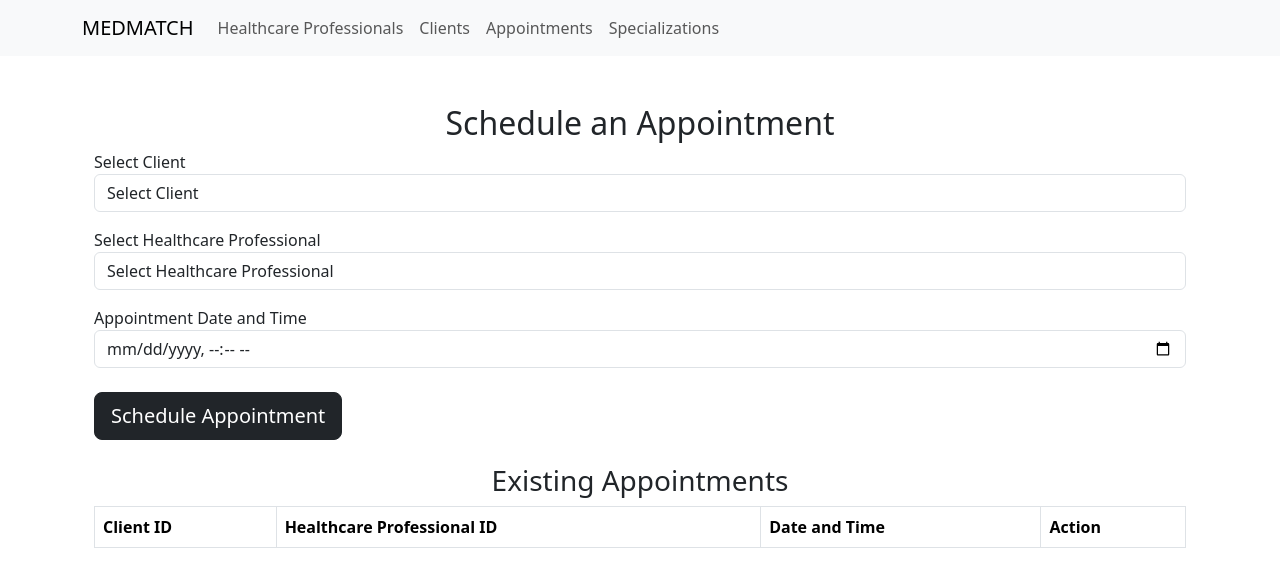
Repository: fahma20/medmatch-platform
Page: /appointments (app in client/)
An editor plug-in stored every save of this project. The page is shown before and after the next save, followed by the edit.
The browser window is 1280 px wide. The pictures show the whole page.
The page's requests for data from a server got no answer. The project was rebuilt for these pictures with package versions that can differ from the ones it lists, and the page was loaded fresh each time. No one was signed in, and anything a server would have sent is missing. Also part of the build but not shown: client/src/components/Healthcareprofessionals.js, client/src/components/Specializations.js, client/src/components/Clients.js, client/src/components/Homepage.js.

Above is the page before, as saved 2025-02-01 15:41:55.

### client/src/index.js
import React from "react";
import ReactDOM from "react-dom";
import App from './components/App';  // Correct path to the App component


ReactDOM.render(
  <React.StrictMode>
    <App />
  </React.StrictMode>,
  document.getElementById("root")
);

### client/src/components/App.js
import React from 'react';
import { BrowserRouter as Router, Routes, Route } from 'react-router-dom';
import 'bootstrap/dist/css/bootstrap.min.css';

import HealthcareProfessionals from './Healthcareprofessionals'; // Ensure the correct name and casing
import Specializations from './Specializations';
import Appointments from './Appointments';
import Clients from './Clients';
import Navbar from './Navbar';
import HomePage from './Homepage'; // Corrected import to HomePage

const App = () => {
  return (
    <Router>
      <Navbar /> {/* Your Navbar component */}
      <div className="container mt-5">
        <Routes>
          {/* Add HomePage as the route for the root path */}
          <Route path="/" element={<HomePage />} /> {/* Home Page */}
          <Route path="/clients" element={<Clients />} />
          <Route path="/appointments" element={<Appointments />} />
          <Route path="/specializations" element={<Specializations />} />
          <Route path="/healthcare-professionals" element={<HealthcareProfessionals />} /> {/* Healthcare Professionals Page */}
        </Routes>
      </div>
    </Router>
  );
};

export default App;

### client/src/components/Appointments.js

/*
import React, { useState, useEffect } from 'react';
import { Formik, Field, Form, ErrorMessage } from 'formik';
import * as Yup from 'yup';

const Appointments = () => {
  const [appointments, setAppointments] = useState([]);

  // Fetch appointments
  useEffect(() => {
    const fetchAppointments = async () => {
      try {
        const response = await fetch('http://127.0.0.1:5000/api/appointments');
        const data = await response.json();
        setAppointments(data);
      } catch (error) {
        console.error('Error fetching appointments:', error);
      }
    };
    fetchAppointments();
  }, []);

  // Validation schema for creating/editing appointment
  const validationSchema = Yup.object({
    clientId: Yup.number().required('Client ID is required'),
    doctorId: Yup.number().required('Doctor ID is required'),
    appointmentDate: Yup.date().required('Appointment date is required'),
  });

  // Handle form submission (create new appointment)
  const handleSubmit = async (values, { resetForm }) => {
    try {
      const response = await fetch('http://127.0.0.1:5000/api/appointments', {
        method: 'POST',
        headers: {
          'Content-Type': 'application/json',
        },
        body: JSON.stringify(values),
      });

      if (!response.ok) {
        console.error('Error adding appointment:', response);
        return;
      }

      const newAppointment = await response.json();
      setAppointments((prevAppointments) => [...prevAppointments, newAppointment]);
      resetForm();
    } catch (error) {
      console.error('Error adding appointment:', error);
    }
  };

  // Handle deleting an appointment
  const handleDelete = async (id) => {
    try {
      const response = await fetch(`http://127.0.0.1:5000/api/appointments/${id}`, {
        method: 'DELETE',
      });

      if (!response.ok) {
        console.error('Error deleting appointment:', response);
        return;
      }

      setAppointments((prevAppointments) =>
        prevAppointments.filter((appointment) => appointment.id !== id)
      );
    } catch (error) {
      console.error('Error deleting appointment:', error);
    }
  };

  return (
    <div>
      <h2>Appointments</h2>

      <Formik
        initialValues={{
          clientId: '',
          doctorId: '',
          appointmentDate: '',
        }}
        validationSchema={validationSchema}
        onSubmit={handleSubmit}
      >
        <Form>
          <div className="form-group">
            <label htmlFor="clientId">Client ID</label>
            <Field
              type="number"
              id="clientId"
              name="clientId"
              className="form-control"
            />
            <ErrorMessage name="clientId" component="div" className="text-danger" />
          </div>

          <div className="form-group">
            <label htmlFor="doctorId">Doctor ID</label>
            <Field
              type="number"
              id="doctorId"
              name="doctorId"
              className="form-control"
            />
            <ErrorMessage name="doctorId" component="div" className="text-danger" />
          </div>

          <div className="form-group">
            <label htmlFor="appointmentDate">Appointment Date</label>
            <Field
              type="date"
              id="appointmentDate"
              name="appointmentDate"
              className="form-control"
            />
            <ErrorMessage name="appointmentDate" component="div" className="text-danger" />
          </div>

          <button type="submit" className="btn btn-primary">Add Appointment</button>
        </Form>
      </Formik>

      <div className="mt-4">
        <h3>Appointments List</h3>
        {appointments.length === 0 ? (
          <p>No appointments available.</p>
        ) : (
          appointments.map((appointment) => (
            <div key={appointment.id} className="card mb-3">
              <div className="card-body">
                <h5 className="card-title">Appointment ID: {appointment.id}</h5>
                <p className="card-text">
                  <strong>Client ID:</strong> {appointment.clientId}
                </p>
                <p className="card-text">
                  <strong>Doctor ID:</strong> {appointment.doctorId}
                </p>
                <p className="card-text">
                  <strong>Date:</strong> {new Date(appointment.appointmentDate).toLocaleDateString()}
                </p>
                <button
                  className="btn btn-danger"
                  onClick={() => handleDelete(appointment.id)}
                >
                  Delete
                </button>
              </div>
            </div>
          ))
        )}
      </div>
    </div>
  );
};

export default Appointments;
*/

import React, { useState, useEffect } from 'react';

const Appointments = () => {
  const [clients, setClients] = useState([]);
  const [professionals, setProfessionals] = useState([]);
  const [appointments, setAppointments] = useState([]);
  const [appointmentDateTime, setAppointmentDateTime] = useState('');
  const [clientId, setClientId] = useState('');
  const [professionalId, setProfessionalId] = useState('');
  const [message, setMessage] = useState('');

  // Fetch clients, healthcare professionals, and appointments
  useEffect(() => {
    const fetchClients = async () => {
      const response = await fetch('http://127.0.0.1:5000/api/clients');
      const data = await response.json();
      setClients(data);
    };

    const fetchProfessionals = async () => {
      const response = await fetch('http://127.0.0.1:5000/api/healthcare_professionals');
      const data = await response.json();
      setProfessionals(data);
    };

    const fetchAppointments = async () => {
      const response = await fetch('http://127.0.0.1:5000/api/appointments');
      const data = await response.json();
      setAppointments(data);
    };

    fetchClients();
    fetchProfessionals();
    fetchAppointments();
  }, []);

  // Handle form submission for creating appointment
  const handleSubmit = async (e) => {
    e.preventDefault();

    const newAppointment = {
      client_id: clientId,
      healthcare_professional_id: professionalId,
      date: appointmentDateTime,
    };

    try {
      const response = await fetch('http://127.0.0.1:5000/api/appointments', {
        method: 'POST',
        headers: {
          'Content-Type': 'application/json',
        },
        body: JSON.stringify(newAppointment),
      });

      if (response.ok) {
        const result = await response.json();
        // Add the newly created appointment to the appointments list without refreshing
        setAppointments((prevAppointments) => [...prevAppointments, result]);
        setMessage('Appointment scheduled successfully!');
        resetForm();
      } else {
        setMessage('There was an issue scheduling the appointment.');
      }
    } catch (error) {
      setMessage('Error connecting to the server.');
    }
  };

  const handleDelete = async (id) => {
    try {
      const response = await fetch(`http://127.0.0.1:5000/api/appointments/${id}`, {
        method: 'DELETE',
      });

      if (response.ok) {
        // Remove the deleted appointment from the appointments list without refreshing
        setAppointments((prevAppointments) => prevAppointments.filter((appointment) => appointment.id !== id));
        setMessage(`Appointment with ID ${id} deleted successfully.`);
      } else {
        setMessage('There was an issue deleting the appointment.');
      }
    } catch (error) {
      setMessage('Error connecting to the server.');
    }
  };

  const resetForm = () => {
    setClientId('');
    setProfessionalId('');
    setAppointmentDateTime('');
  };

  return (
    <div className="container mt-4">
      <h2 className="text-center">Schedule an Appointment</h2>
      <form onSubmit={handleSubmit}>
        <div className="form-group">
          <label>Select Client</label>
          <select
            className="form-control"
            value={clientId}
            onChange={(e) => setClientId(e.target.value)}
          >
            <option value="">Select Client</option>
            {clients.map((client) => (
              <option key={client.id} value={client.id}>
                {client.name}
              </option>
            ))}
          </select>
        </div>
        <div className="form-group mt-3">
          <label>Select Healthcare Professional</label>
          <select
            className="form-control"
            value={professionalId}
            onChange={(e) => setProfessionalId(e.target.value)}
          >
            <option value="">Select Healthcare Professional</option>
            {professionals.map((professional) => (
              <option key={professional.id} value={professional.id}>
                {professional.name}
              </option>
            ))}
          </select>
        </div>
        <div className="form-group mt-3">
          <label>Appointment Date and Time</label>
          <input
            type="datetime-local"
            className="form-control"
            value={appointmentDateTime}
            onChange={(e) => setAppointmentDateTime(e.target.value)}
            required
          />
        </div>
        <button type="submit" className="btn btn-dark btn-lg mt-4">
          Schedule Appointment
        </button>
      </form>

      {message && <div className="mt-4 alert alert-info">{message}</div>}

      <div className="mt-4">
        <h3 className="text-center">Existing Appointments</h3>
        <table className="table table-bordered">
          <thead>
            <tr>
              <th>Client ID</th>
              <th>Healthcare Professional ID</th>
              <th>Date and Time</th>
              <th>Action</th>
            </tr>
          </thead>
          <tbody>
            {appointments.map((appointment) => (
              <tr key={appointment.id}>
                <td>{appointment.client_id}</td>
                <td>{appointment.healthcare_professional_id}</td>
                <td>{appointment.date}</td>
                <td>
                  <button
                    className="btn btn-danger"
                    onClick={() => handleDelete(appointment.id)}
                  >
                    Delete
                  </button>
                </td>
              </tr>
            ))}
          </tbody>
        </table>
      </div>
    </div>
  );
};

export default Appointments;

### client/src/components/Navbar.js
/*import React from 'react';
import { Link } from 'react-router-dom';

const Navbar = () => {
  return (
    <nav className="navbar navbar-expand-lg navbar-light bg-light">
      <a className="navbar-brand" href="/">MedMatch</a>
      <div className="collapse navbar-collapse">
        <ul className="navbar-nav ml-auto">
          <li className="nav-item">
            <Link className="nav-link" to="/">Healthcare Professionals</Link>
          </li>
          <li className="nav-item">
            <Link className="nav-link" to="/clients">Clients</Link>
          </li>
          <li className="nav-item">
            <Link className="nav-link" to="/appointments">Appointments</Link>
          </li>
        </ul>
      </div>
    </nav>
  );
};

export default Navbar;
*/

// Navbar.js
import React from 'react';
import { Link } from 'react-router-dom';

const Navbar = () => {
  return (
    <nav className="navbar navbar-expand-lg navbar-light bg-light">
      <div className="container">
        <Link className="navbar-brand" to="/">MEDMATCH</Link>
        <button
          className="navbar-toggler"
          type="button"
          data-bs-toggle="collapse"
          data-bs-target="#navbarNav"
          aria-controls="navbarNav"
          aria-expanded="false"
          aria-label="Toggle navigation"
        >
          <span className="navbar-toggler-icon"></span>
        </button>
        <div className="collapse navbar-collapse" id="navbarNav">
          <ul className="navbar-nav">
            <li className="nav-item">
              <Link className="nav-link" to="/healthcare-professionals">Healthcare Professionals</Link>
            </li>
            <li className="nav-item">
              <Link className="nav-link" to="/clients">Clients</Link>
            </li>
            <li className="nav-item">
              <Link className="nav-link" to="/appointments">Appointments</Link>
            </li>
            <li className="nav-item">
              <Link className="nav-link" to="/specializations">Specializations</Link>
            </li>
          </ul>
        </div>
      </div>
    </nav>
  );
};

export default Navbar;

Loaded but not shown: client/public/index.html (common file)

After the next save:
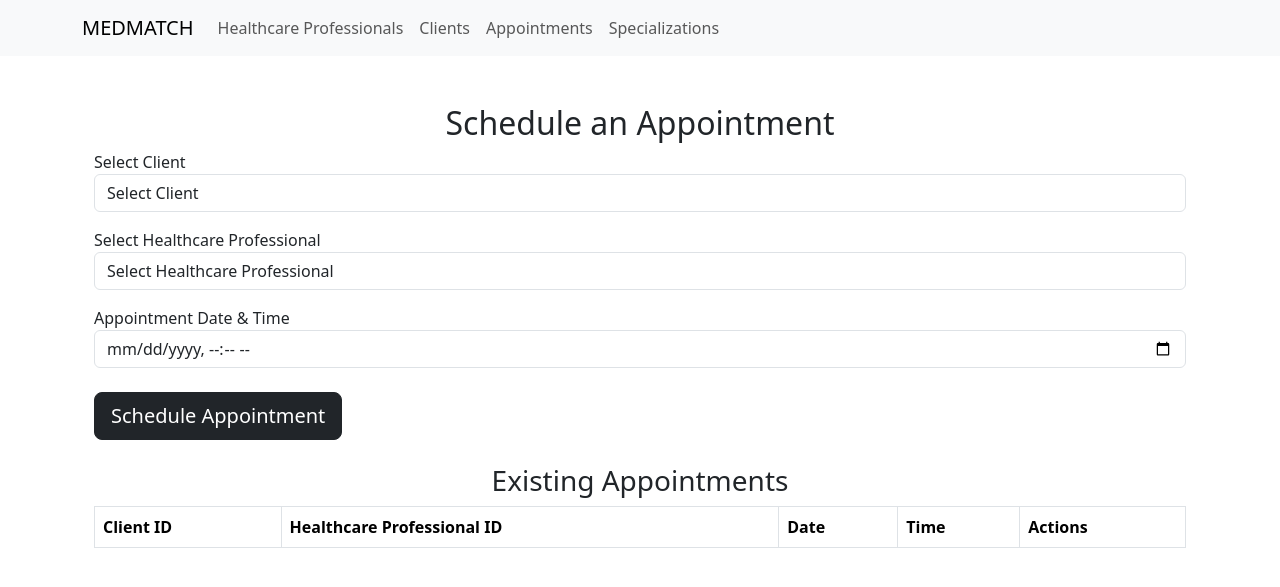
Saved 2 min 46 s later.
--- a/client/src/components/Appointments.js
+++ b/client/src/components/Appointments.js
@@ -165,12 +165,12 @@ const Appointments = () => {
   const [clients, setClients] = useState([]);
   const [professionals, setProfessionals] = useState([]);
   const [appointments, setAppointments] = useState([]);
-  const [appointmentDateTime, setAppointmentDateTime] = useState('');
+  const [appointmentDate, setAppointmentDate] = useState('');
   const [clientId, setClientId] = useState('');
   const [professionalId, setProfessionalId] = useState('');
   const [message, setMessage] = useState('');
 
-  // Fetch clients, healthcare professionals, and appointments
+  // Fetch clients, professionals, and appointments
   useEffect(() => {
     const fetchClients = async () => {
       const response = await fetch('http://127.0.0.1:5000/api/clients');
@@ -202,7 +202,7 @@ const Appointments = () => {
     const newAppointment = {
       client_id: clientId,
       healthcare_professional_id: professionalId,
-      date: appointmentDateTime,
+      date: appointmentDate,
     };
 
     try {
@@ -216,7 +216,6 @@ const Appointments = () => {
 
       if (response.ok) {
         const result = await response.json();
-        // Add the newly created appointment to the appointments list without refreshing
         setAppointments((prevAppointments) => [...prevAppointments, result]);
         setMessage('Appointment scheduled successfully!');
         resetForm();
@@ -228,6 +227,14 @@ const Appointments = () => {
     }
   };
 
+  // Reset form after submitting
+  const resetForm = () => {
+    setClientId('');
+    setProfessionalId('');
+    setAppointmentDate('');
+  };
+
+  // Delete appointment
   const handleDelete = async (id) => {
     try {
       const response = await fetch(`http://127.0.0.1:5000/api/appointments/${id}`, {
@@ -235,21 +242,14 @@ const Appointments = () => {
       });
 
       if (response.ok) {
-        // Remove the deleted appointment from the appointments list without refreshing
-        setAppointments((prevAppointments) => prevAppointments.filter((appointment) => appointment.id !== id));
-        setMessage(`Appointment with ID ${id} deleted successfully.`);
+        setAppointments(appointments.filter((appointment) => appointment.id !== id));
+        setMessage('Appointment deleted successfully!');
       } else {
         setMessage('There was an issue deleting the appointment.');
       }
     } catch (error) {
       setMessage('Error connecting to the server.');
     }
-  };
-
-  const resetForm = () => {
-    setClientId('');
-    setProfessionalId('');
-    setAppointmentDateTime('');
   };
 
   return (
@@ -262,6 +262,7 @@ const Appointments = () => {
             className="form-control"
             value={clientId}
             onChange={(e) => setClientId(e.target.value)}
+            required
           >
             <option value="">Select Client</option>
             {clients.map((client) => (
@@ -277,6 +278,7 @@ const Appointments = () => {
             className="form-control"
             value={professionalId}
             onChange={(e) => setProfessionalId(e.target.value)}
+            required
           >
             <option value="">Select Healthcare Professional</option>
             {professionals.map((professional) => (
@@ -287,12 +289,12 @@ const Appointments = () => {
           </select>
         </div>
         <div className="form-group mt-3">
-          <label>Appointment Date and Time</label>
+          <label>Appointment Date & Time</label>
           <input
             type="datetime-local"
             className="form-control"
-            value={appointmentDateTime}
-            onChange={(e) => setAppointmentDateTime(e.target.value)}
+            value={appointmentDate}
+            onChange={(e) => setAppointmentDate(e.target.value)}
             required
           />
         </div>
@@ -310,26 +312,33 @@ const Appointments = () => {
             <tr>
               <th>Client ID</th>
               <th>Healthcare Professional ID</th>
-              <th>Date and Time</th>
-              <th>Action</th>
+              <th>Date</th>
+              <th>Time</th>
+              <th>Actions</th>
             </tr>
           </thead>
           <tbody>
-            {appointments.map((appointment) => (
-              <tr key={appointment.id}>
-                <td>{appointment.client_id}</td>
-                <td>{appointment.healthcare_professional_id}</td>
-                <td>{appointment.date}</td>
-                <td>
-                  <button
-                    className="btn btn-danger"
-                    onClick={() => handleDelete(appointment.id)}
-                  >
-                    Delete
-                  </button>
-                </td>
-              </tr>
-            ))}
+            {appointments.map((appointment) => {
+              const date = appointment.date.split('T')[0];
+              const time = appointment.date.split('T')[1];
+
+              return (
+                <tr key={appointment.id}>
+                  <td>{appointment.client_id}</td>
+                  <td>{appointment.healthcare_professional_id}</td>
+                  <td>{date}</td>
+                  <td>{time}</td>
+                  <td>
+                    <button
+                      className="btn btn-danger"
+                      onClick={() => handleDelete(appointment.id)}
+                    >
+                      Delete
+                    </button>
+                  </td>
+                </tr>
+              );
+            })}
           </tbody>
         </table>
       </div>
